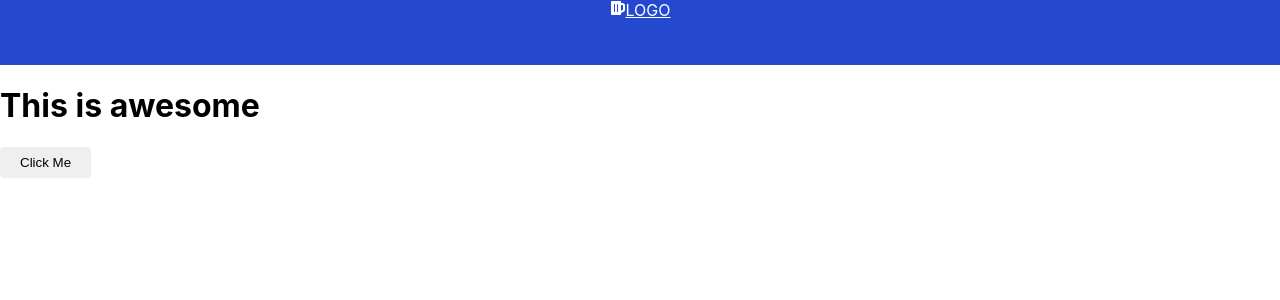
Repository: ajaygc95/Django-and-react
Page: / (app in galamart_sell/reactfrontend/)
These files come from the project's save history. The page is drawn as it stood at one moment and after a run of saves; the edit follows.
The browser window is 1280 px wide. The pictures show the whole page.
The project was rebuilt for these pictures with package versions that can differ from the ones it lists, and the page was loaded fresh each time. Also part of the build but not shown: galamart_sell/reactfrontend/src/components/Button.js, galamart_sell/reactfrontend/src/components/About.js, galamart_sell/reactfrontend/src/components/Shop.css, galamart_sell/reactfrontend/src/components/Shop.js, galamart_sell/reactfrontend/src/components/ItemDetail.js.

Above is the page before, as saved 2021-04-07 11:26:28.

### galamart_sell/reactfrontend/src/App.js
import React from "react";
import HeroPage from "./components/HeroPage";
import Nav from "./components/Nav";
import { BrowserRouter as Router, Switch, Route } from "react-router-dom";
import About from "./components/About";
import Shop from "./components/Shop";
import ItemDetail from "./components/ItemDetail";

function App() {
  return (
    <Router>
      <div className="container">
        <Nav></Nav>
        <Switch>
          <Route path="/" exact component={HeroPage}></Route>
          {/* <Route path="/about" component={About} />
          <Route path="/shop" exact component={Shop} />
          <Route path="/shop/:id" component={ItemDetail} /> */}
        </Switch>
      </div>
    </Router>
  );
}

export default App;

### galamart_sell/reactfrontend/src/components/HeroPage.js
import React from 'react'

function HeroPage() {
    return (
       <>
       <h1>This is awesome</h1>
       <div className='container'>
           <button className='btn btn-success'>Click Me</button>
       </div>
       </>
    )
}

export default HeroPage

### galamart_sell/reactfrontend/src/components/Nav.js
import React, { useState } from "react";
import { Link } from "react-router-dom";
import { FaBars, FaTimes, FaBeer } from "react-icons/fa";
import { Button } from "./Button";
import "./Nav.css";

function Nav() {
  const [click, setclick] = useState(false);
  const [button, setbutton] = useState(true);
  const handleClick = () => setclick(!click);

  const showButton = () => {
    if (window.innerWidth <= 960) {
      setbutton(false);
    } else {
      setbutton(true);
    }
  };

  window.addEventListener("resize", showButton);

  return (
    <>
      <nav className="navbar">
        <div className="navbar-container container">
          <Link to="/" className="navbar-logo">
            <FaBeer className="navbar-icon"></FaBeer>
            LOGO
          </Link>
        </div>
      </nav>
    </>
  );
}

export default Nav;

### galamart_sell/reactfrontend/src/components/Nav.css
.navbar {
  background: #2449cf;
  height: 65px;
  display: flex;
  justify-content: center;
}

.navbar-logo {
  color: white;
}

/* .navbar {
  background: #2449cf;
  height: 65px;
  display: flex;
  justify-content: center;
  align-items: center;
  font-size: 1.2rem;
  position: sticky;
  top: 0;
}

.container {
  z-index: 1;
  width: 100%;
  margin-right: auto;
  margin-left: auto;
  padding-right: 50px;
  padding-left: 50px;
}

.navbar-container {
  display: flex;
  justify-content: space-between;
  height: 65px;
}

.navbar-logo {
  color: #fff;
  justify-self: start;
  cursor: pointer;
  text-decoration: none;
  font-size: 2rem;
  display: flex;
  align-items: center;
}

.navbar-icon {
  margin-right: 0.5rem;
} */

/*



.navbar-logo {
  color: #fff;
  justify-self: start;
  cursor: pointer;
  text-decoration: none;
  font-size: 2rem;
  display: flex;
  align-items: center;
}

.navbar-icon {
  margin-right: 0.5rem;
}

.nav-menu {
  display: flex;
  align-items: center;
  justify-content: center;
  list-style: none;
  text-align: center;
  justify-content: end;
}

.nav-item {
  height: 80px;
  border-bottom: 2px solid transparent;
}

.nav-item:hover {
  border-bottom: 2px solid #f00946;
}

.nav-links {
  color: #fff;
  display: flex;
  align-items: center;
  text-decoration: none;
  padding: 0.5rem 1rem;
  height: 100%;
}

.fa-bars {
  color: #fff;
}

.menu-icon {
  display: none;
}

@media screen and (max-width: 960px) {
  .NavbarItems {
    position: relative;
  }

  .nav-menu {
    display: flex;
    flex-direction: column;
    width: 100%;
    height: 90vh;
    position: absolute;
    top: 80px;
    left: -100%;
    opacity: 1;
    transition: all 0.5s ease;
  }

  .nav-menu.active {
    background: #1c2237;
    left: 0;
    opacity: 1;
    transition: all 0.6s ease;
    z-index: 1;
  }

  .nav-links {
    text-align: center;
    padding: 2rem;
    width: 100%;
    display: table;
  }

  .nav-links:hover {
    color: #f00946;
    transform: scale(1.2);
    transition: all 0.3s ease;
  }

  .nav-item:hover {
    border: none;
  }

  .nav-item {
    width: 100%;
  }

  .navbar-logo {
    position: absolute;
    top: 0;
    left: 0;
    transform: translate(25%, 50%);
  }

  .menu-icon {
    display: block;
    position: absolute;
    top: 0;
    right: 0;
    transform: translate(-100%, 60%);
    font-size: 1.8rem;
    cursor: pointer;
  }

  .fa-times {
    color: #fff;
    font-size: 2rem;
  }

  .nav-btn {
    display: flex;
    justify-content: center;
    align-items: center;
    width: 100%;
    height: 120px;
  }
} */

### galamart_sell/reactfrontend/src/components/Button.css
:root {
  --primary: #fff;
}

.btn {
  padding: 8px 20px;
  border-radius: 4px;
  outline: none;
  border: none;
  cursor: pointer;
  white-space: nowrap;

}

.btn--primary {
  background-color: var(--primary);
  color: #242424;
  border: 1px solid var(--primary);
}

.btn--outline {
  background-color: transparent;
  color: #fff;
  padding: 8px 20px;
  border: 1px solid var(--primary);
  transition: all 0.3s ease-out;
}

.btn--medium {
  padding: 8px 20px;
  font-size: 18px;
}

.btn--large {
  padding: 12px 26px;
  font-size: 20px;
}

.btn--mobile {
  text-align: center;
  border-radius: 4px;
  width: 80%;
  text-decoration: none;
  font-size: 1.5rem;
  background-color: transparent;
  color: #fff;
  padding: 14px 20px;
  border: 1px solid #fff;
  transition: all 0.3s ease-out;
}

.btn--wide {
  padding: 12px 64px;
  font-size: 20px;
}

.btn--large:hover,
.btn--medium:hover,
.btn--mobile:hover {
  transition: all 0.3s ease-out;
  background: #fff;
  color: #242424;
}

.btn--wide:hover {
  color: #fff;
  background-color: #f00946;
  transition: all 0.2s ease-out;
}

.btn-link {
  display: flex;
  justify-content: center;
  align-items: center;
  text-decoration: none;
  padding: 8px 16px;
  height: 100%;
  width: 100%;
}

.blue {
  background-color: #276afb;
  color: #fff;
  border: none;
}

.red {
  background-color: #f00946;
  color: #fff;
  border: none;
}

.primary {
  background-color: #242424;
  color: #fff;
  border: none;
}

.primary:hover {
  background-color: #fff;
  color: #242424;
  border: none;
}

.green {
  background: #25ce4a;
  color: #fff;
  border: none;
}

.green:hover {
  background-color: #242424;
}

Loaded but not shown: galamart_sell/reactfrontend/public/index.html (common file); galamart_sell/reactfrontend/src/index.js (common file); galamart_sell/reactfrontend/src/index.css (common file); galamart_sell/reactfrontend/src/reportWebVitals.js (common file)

After the next 2 saves:
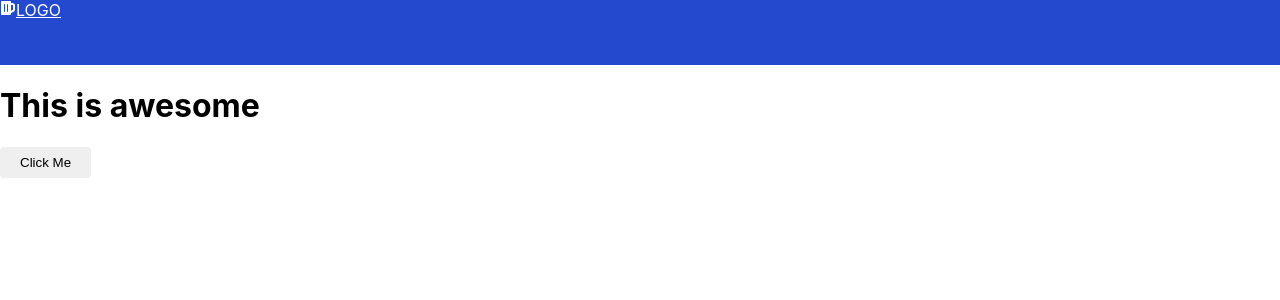
The 2 saves are shown as one change because they came seconds apart.
The last was saved 13 s later.
--- a/galamart_sell/reactfrontend/src/components/Nav.css
+++ b/galamart_sell/reactfrontend/src/components/Nav.css
@@ -1,6 +1,7 @@
 .navbar {
   background: #2449cf;
   height: 65px;
+  width: 100
   display: flex;
   justify-content: center;
 }

After the save that followed:
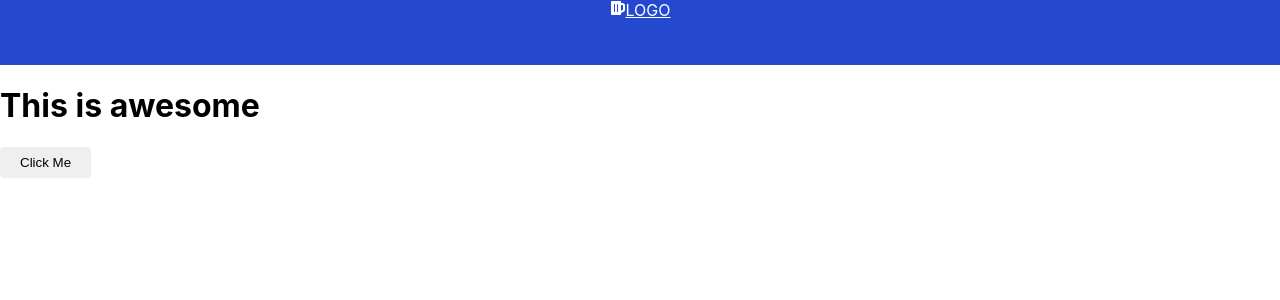
Saved 4 s later.
--- a/galamart_sell/reactfrontend/src/components/Nav.css
+++ b/galamart_sell/reactfrontend/src/components/Nav.css
@@ -1,7 +1,7 @@
 .navbar {
   background: #2449cf;
   height: 65px;
-  width: 100
+  width: 100%;
   display: flex;
   justify-content: center;
 }
